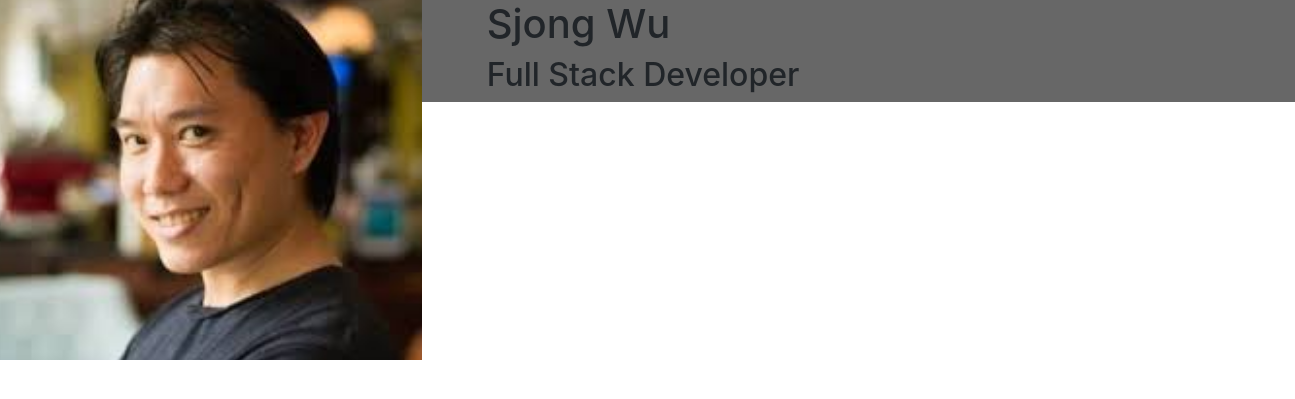
Repository: Scuzeme/codeinstitue-resume-project
Page: index.html
The author's editor kept a record of every edit. The page is drawn from the files as they stood at one moment, then again after the next edit.
The browser window is 1280 px wide. The page is 1295 px wide, so the pictures cover 1295 px, including what lies to the right of the window. The pictures show the whole page.

Above is the page before.

### index.html
<!DOCTYPE html>
<html lang="en">
<head>
    <meta charset="UTF-8">
    <meta name="viewport" content="width=device-width, initial-scale=1.0">
    <meta http-equiv="X-UA-Compatible" content="ie=edge">
    <link rel="stylesheet" href="https://stackpath.bootstrapcdn.com/bootstrap/4.3.1/css/bootstrap.min.css" type="text/css" />
    <link rel="stylesheet" href="https://stackpath.bootstrapcdn.com/font-awesome/4.7.0/css/font-awesome.min.css" />
    <link rel="stylesheet" href="assets/css/style.css" type="text/css" />


    <title>Sjong</title>
</head>
<body>
    <header>
        <div class="row">
            <a href="index.html" class="col-md-4 logo">

            </a>
            <div class="col-md-8">
                <div class="row bg-color-name-title">
                    <div class="col heading">
                        <h1 class="name">Sjong Wu</h1>
                        <h2 class="title">Full Stack Developer</h2>
                    </div>
                </div>
            </div>
        </div>

    </header>

    <section>

    </section>

    <footer>

    </footer>

</body>
</html>

### assets/css/style.css
@import url('https://fonts.googleapis.com/css?family=Roboto:100,200,300,400,500,600,700|Exo :100,200,300,400,500,600,700');


/*----------------------Colours*/

header {
    margin:0;
}

.logo {
    background:url("../images/sjongwu.jpeg");
    background-position: center;
    background-repeat:no-repeat;
    background-size:cover;
    min-height:360px;
    transition:all .5s ease-in-out;
    -moz-transition:all .5s ease-in-out;
    -webkit-transition:all .5s ease-in-out;
}

.bg-color-name-title {
    background-color:#676767;
}

.heading {
    margin-left:50px;
}

After the next edit:
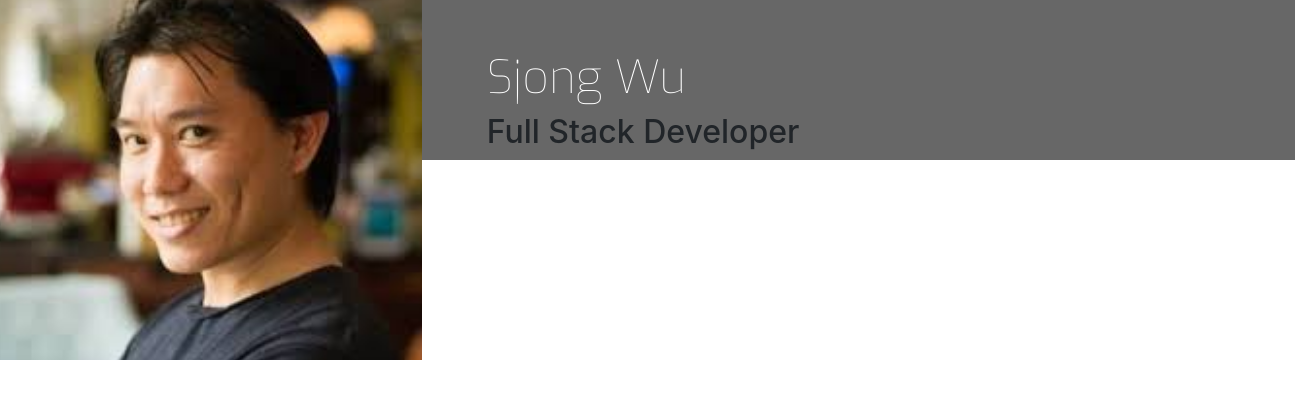
The edit:
--- a/assets/css/style.css
+++ b/assets/css/style.css
@@ -25,3 +25,14 @@ header {
 .heading {
     margin-left:50px;
 }
+
+
+/*----------------------Colours*/
+
+.name {
+    font-family:"Exo", sans-serif;
+    font-weight:100;
+    font-size:46px;
+    margin-top:50px;
+    color:#fff;
+}
